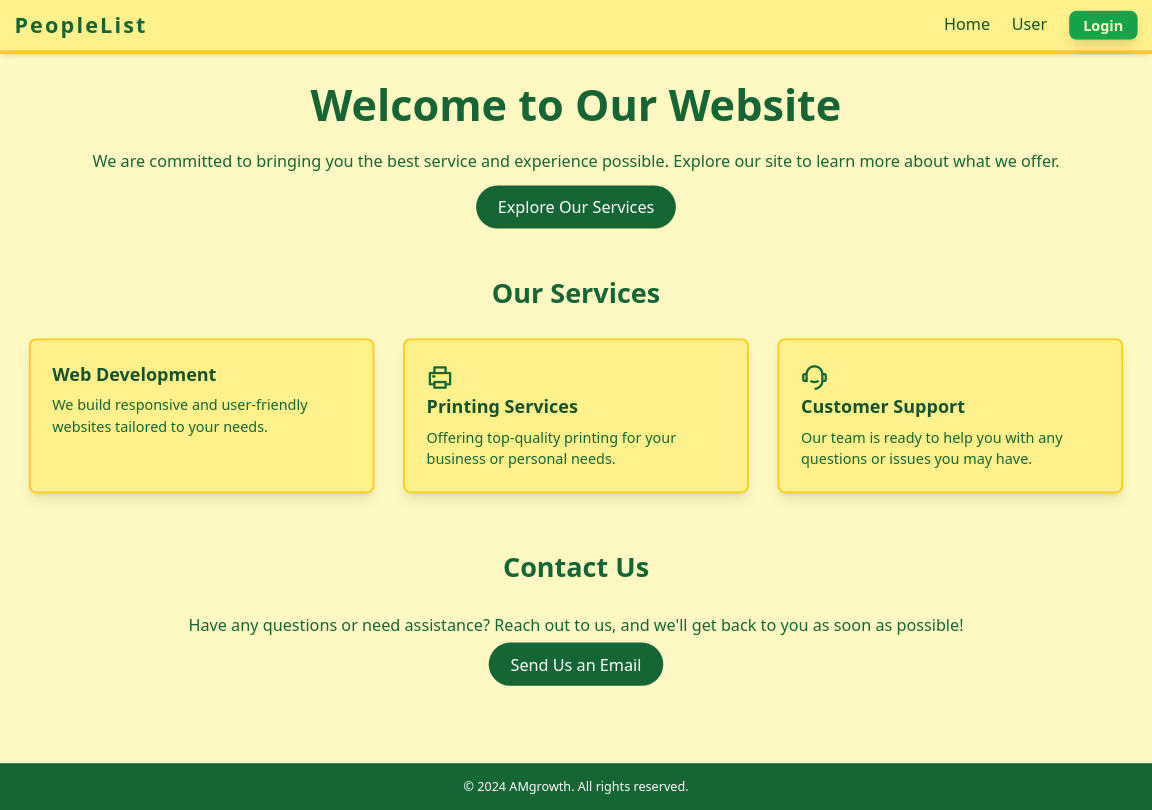
Repository: ArievfRahman-Dev/Mini-Project-II
Page: / (app in miniproject2/)
An editor plug-in stored every save of this project. The page is shown before and after a run of saves, followed by the edit.
The browser window is 1280 px wide. The pictures show the whole page, at 90% of full size.
The project was rebuilt for these pictures with package versions that can differ from the ones it lists, and the page was loaded fresh each time. Also part of the build but not shown: miniproject2/vite.config.js, miniproject2/src/pages/UserPage/index.jsx, miniproject2/src/pages/DetailUser/index.jsx, miniproject2/src/pages/LoginPage/index.jsx, miniproject2/src/pages/RegisterPages/index.jsx, miniproject2/src/routes/ProtectedRoute.jsx.

Above is the page before, as saved 2024-12-24 12:18:08.

After the next 2 saves:
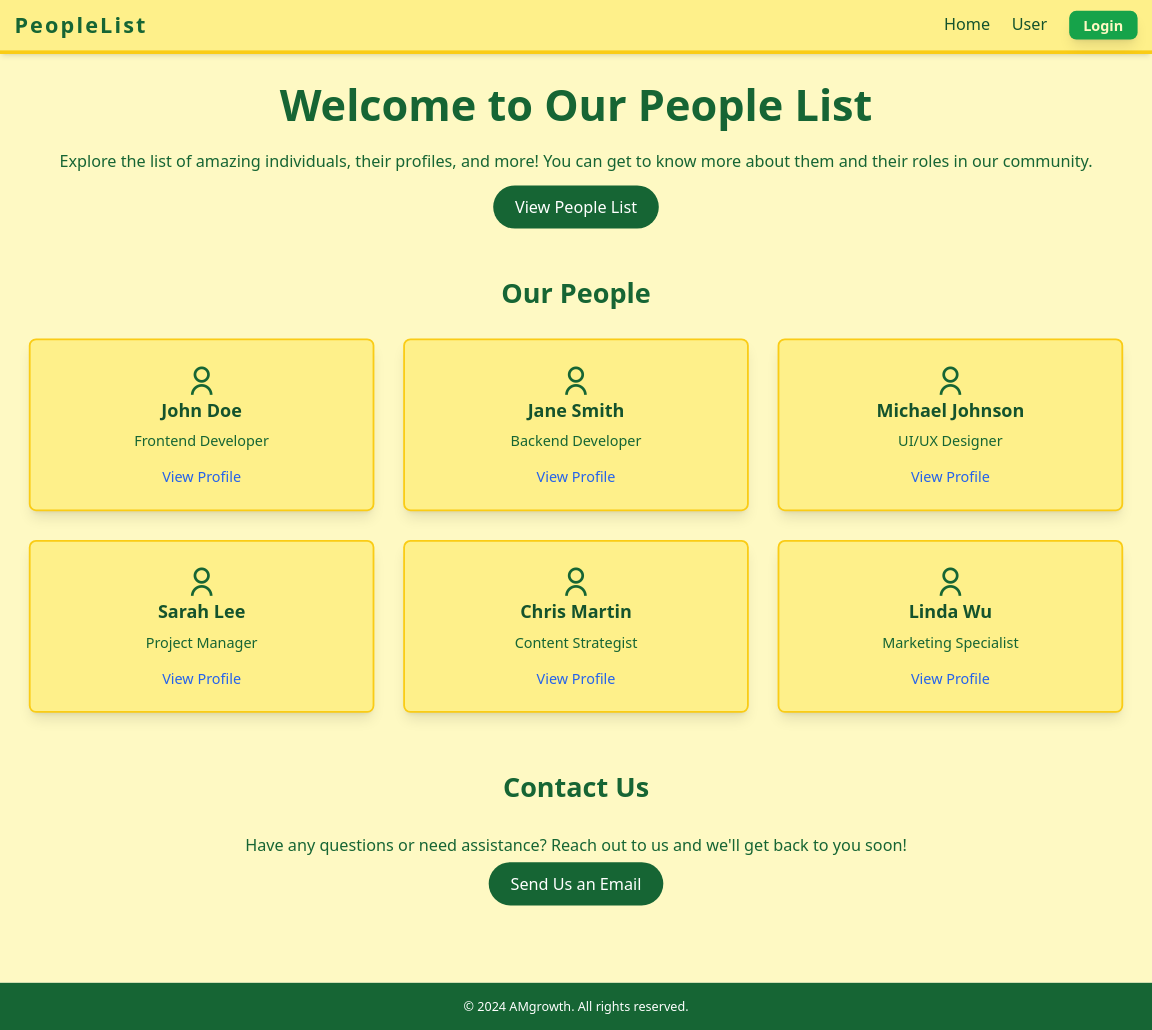
The 2 saves are shown as one change because 1 did not build or start.
The last was saved 2 min 10 s later.
--- a/miniproject2/src/pages/HomePage/index.jsx
+++ b/miniproject2/src/pages/HomePage/index.jsx
@@ -9,55 +9,92 @@
         {/* Hero Section */}
         <div className="container mx-auto px-4 lg:px-8 text-center">
           <h1 className="text-5xl font-bold text-green-800 retro-font mb-6">
-            Welcome to Our Website
+            Welcome to Our People List
           </h1>
           <p className="text-lg text-green-800 mb-6">
-            We are committed to bringing you the best service and experience
-            possible. Explore our site to learn more about what we offer.
+            Explore the list of amazing individuals, their profiles, and more!
+            You can get to know more about them and their roles in our
+            community.
           </p>
           <a
-            href="#services"
+            href="#people"
             className="bg-green-800 text-white px-6 py-3 rounded-full text-lg hover:bg-green-700 transition-all"
           >
-            Explore Our Services
+            View People List
           </a>
         </div>
 
-        {/* Services Section */}
-        <div id="services" className="container mx-auto px-4 lg:px-8 mt-16">
+        {/* People List Section */}
+        <div id="people" className="container mx-auto px-4 lg:px-8 mt-16">
           <h2 className="text-3xl font-semibold text-green-800 mb-8 text-center">
-            Our Services
+            Our People
           </h2>
           <div className="grid grid-cols-1 md:grid-cols-2 lg:grid-cols-3 gap-8">
-            <div className="bg-yellow-200 border-2 border-yellow-400 rounded-lg p-6 shadow-lg">
-              <i className="ri-desktop-line text-3xl text-green-800 mb-4"></i>
+            {/* Person 1 */}
+            <div className="bg-yellow-200 border-2 border-yellow-400 rounded-lg p-6 shadow-lg text-center">
+              <i className="ri-user-line text-4xl text-green-800 mb-4"></i>
               <h3 className="text-xl font-semibold text-green-900 mb-2">
-                Web Development
+                John Doe
               </h3>
-              <p className="text-green-800">
-                We build responsive and user-friendly websites tailored to your
-                needs.
-              </p>
+              <p className="text-green-800 mb-4">Frontend Developer</p>
+              <a href="#" className="text-blue-600 hover:underline">
+                View Profile
+              </a>
             </div>
-            <div className="bg-yellow-200 border-2 border-yellow-400 rounded-lg p-6 shadow-lg">
-              <i className="ri-printer-line text-3xl text-green-800 mb-4"></i>
+            {/* Person 2 */}
+            <div className="bg-yellow-200 border-2 border-yellow-400 rounded-lg p-6 shadow-lg text-center">
+              <i className="ri-user-line text-4xl text-green-800 mb-4"></i>
               <h3 className="text-xl font-semibold text-green-900 mb-2">
-                Printing Services
+                Jane Smith
               </h3>
-              <p className="text-green-800">
-                Offering top-quality printing for your business or personal
-                needs.
-              </p>
+              <p className="text-green-800 mb-4">Backend Developer</p>
+              <a href="#" className="text-blue-600 hover:underline">
+                View Profile
+              </a>
             </div>
-            <div className="bg-yellow-200 border-2 border-yellow-400 rounded-lg p-6 shadow-lg">
-              <i className="ri-customer-service-2-line text-3xl text-green-800 mb-4"></i>
+            {/* Person 3 */}
+            <div className="bg-yellow-200 border-2 border-yellow-400 rounded-lg p-6 shadow-lg text-center">
+              <i className="ri-user-line text-4xl text-green-800 mb-4"></i>
               <h3 className="text-xl font-semibold text-green-900 mb-2">
-                Customer Support
+                Michael Johnson
               </h3>
-              <p className="text-green-800">
-                Our team is ready to help you with any questions or issues you
-                may have.
-              </p>
+              <p className="text-green-800 mb-4">UI/UX Designer</p>
+              <a href="#" className="text-blue-600 hover:underline">
+                View Profile
+              </a>
+            </div>
+            {/* Person 4 */}
+            <div className="bg-yellow-200 border-2 border-yellow-400 rounded-lg p-6 shadow-lg text-center">
+              <i className="ri-user-line text-4xl text-green-800 mb-4"></i>
+              <h3 className="text-xl font-semibold text-green-900 mb-2">
+                Sarah Lee
+              </h3>
+              <p className="text-green-800 mb-4">Project Manager</p>
+              <a href="#" className="text-blue-600 hover:underline">
+                View Profile
+              </a>
+            </div>
+            {/* Person 5 */}
+            <div className="bg-yellow-200 border-2 border-yellow-400 rounded-lg p-6 shadow-lg text-center">
+              <i className="ri-user-line text-4xl text-green-800 mb-4"></i>
+              <h3 className="text-xl font-semibold text-green-900 mb-2">
+                Chris Martin
+              </h3>
+              <p className="text-green-800 mb-4">Content Strategist</p>
+              <a href="#" className="text-blue-600 hover:underline">
+                View Profile
+              </a>
+            </div>
+            {/* Person 6 */}
+            <div className="bg-yellow-200 border-2 border-yellow-400 rounded-lg p-6 shadow-lg text-center">
+              <i className="ri-user-line text-4xl text-green-800 mb-4"></i>
+              <h3 className="text-xl font-semibold text-green-900 mb-2">
+                Linda Wu
+              </h3>
+              <p className="text-green-800 mb-4">Marketing Specialist</p>
+              <a href="#" className="text-blue-600 hover:underline">
+                View Profile
+              </a>
             </div>
           </div>
         </div>
@@ -69,8 +106,8 @@
               Contact Us
             </h2>
             <p className="text-lg text-green-800 mb-4">
-              Have any questions or need assistance? Reach out to us, and we'll
-              get back to you as soon as possible!
+              Have any questions or need assistance? Reach out to us and we'll
+              get back to you soon!
             </p>
             <a
               href="mailto:contact@yourdomain.com"
